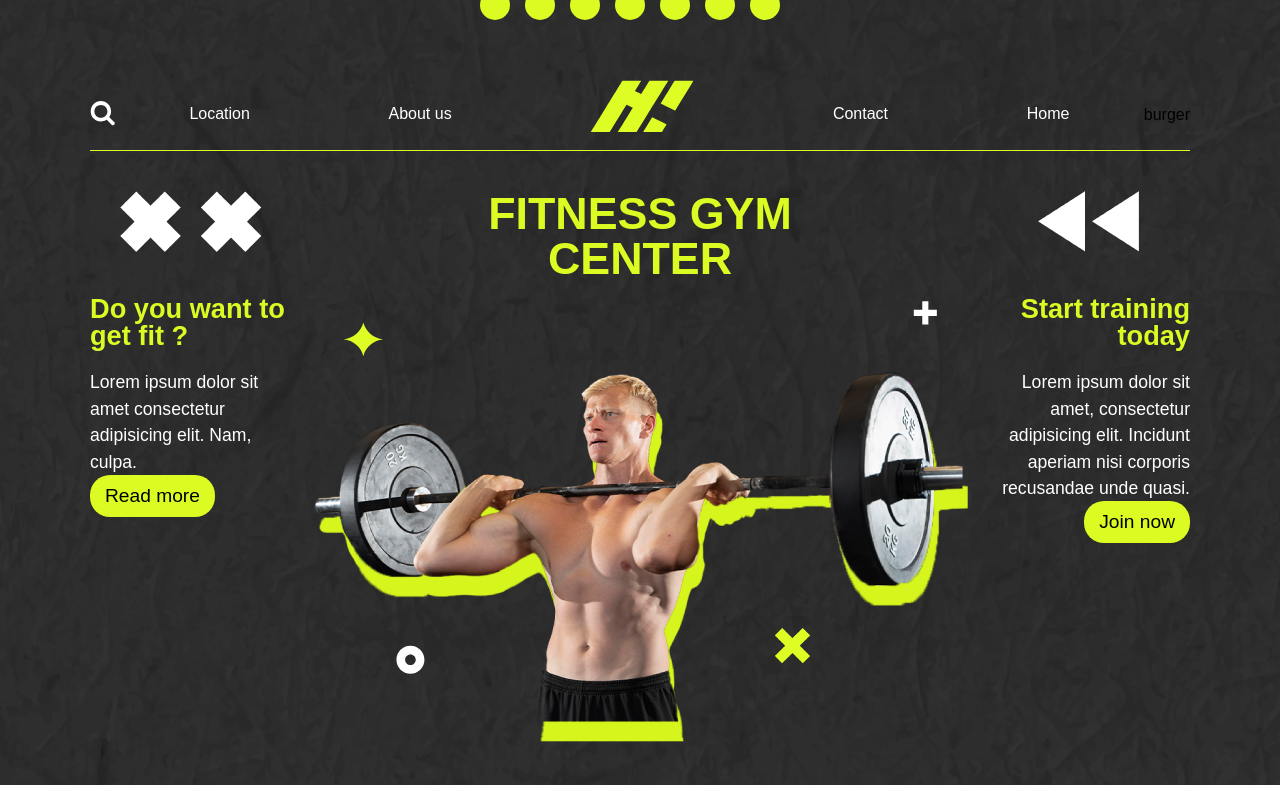
Repository: sem1103/fitness-test
Page: index.html
These files come from the project's save history. The page is drawn as it stood at one moment and after the next save; the edit follows.
The browser window is 1280 px wide. The pictures show the whole page.

Above is the page before, as saved 2023-11-03 18:50:35.

After the next save:
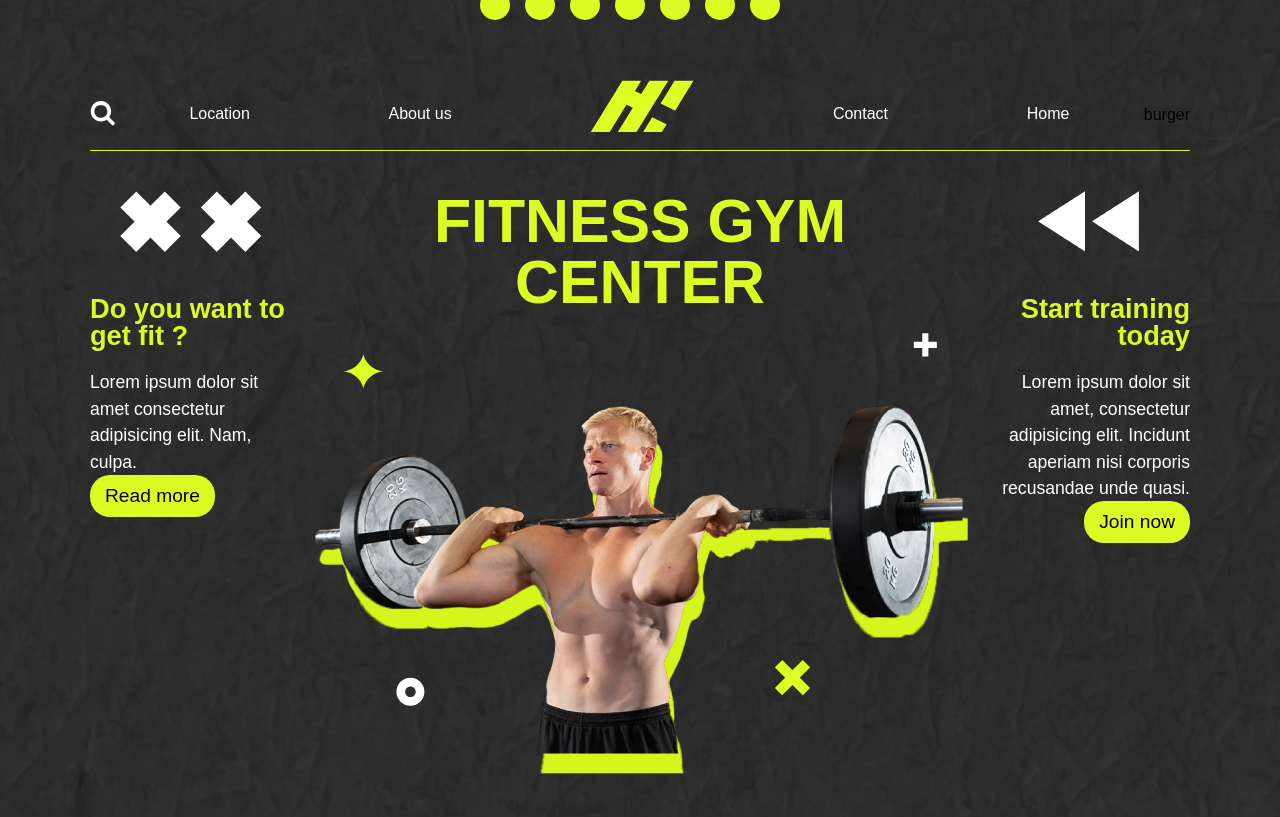
Saved 12 s later.
--- a/style/main.css
+++ b/style/main.css
@@ -64,7 +64,7 @@
     border-color: #fff;
 }
 h1{
-    font-size: 2.8rem;
+    font-size: 3.8rem;
     font-weight: 900;
     color: #dbfb23;
     text-align: center;
